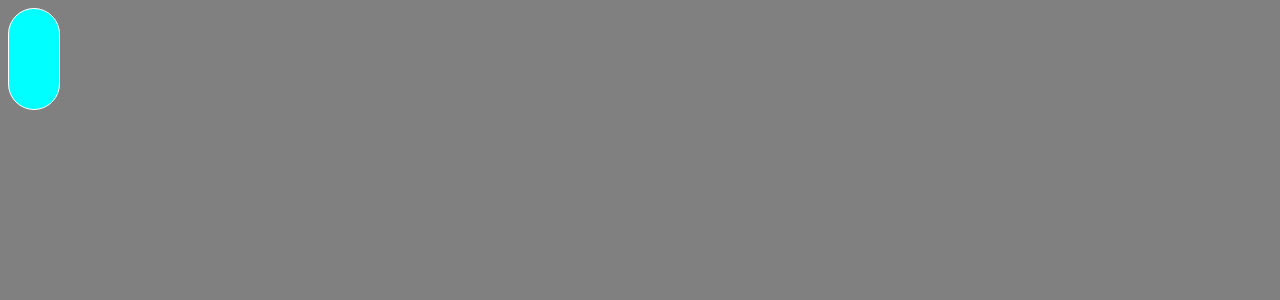
Repository: albinsabu2023/Stopwatch-program
Page: index.html
An editor plug-in stored every save of this project. The page is shown before and after the next save, followed by the edit.
The browser window is 1280 px wide. The pictures show the whole page.

Above is the page before, as saved 2023-03-03 19:15:19.

After the next save:
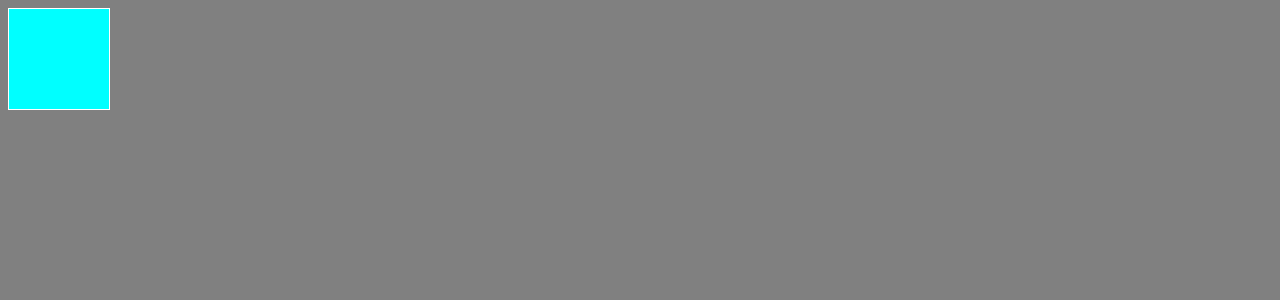
Saved 11 min 48 s later.
--- a/style.css
+++ b/style.css
@@ -5,8 +5,8 @@ background-color: gray;
 #div{
     background-color: aqua;
     height: 100px;
-    width: 50px;
+    width: 100px;
     position: relative;
     border: 1px solid;
-    border-radius: 50px;
+
 }
